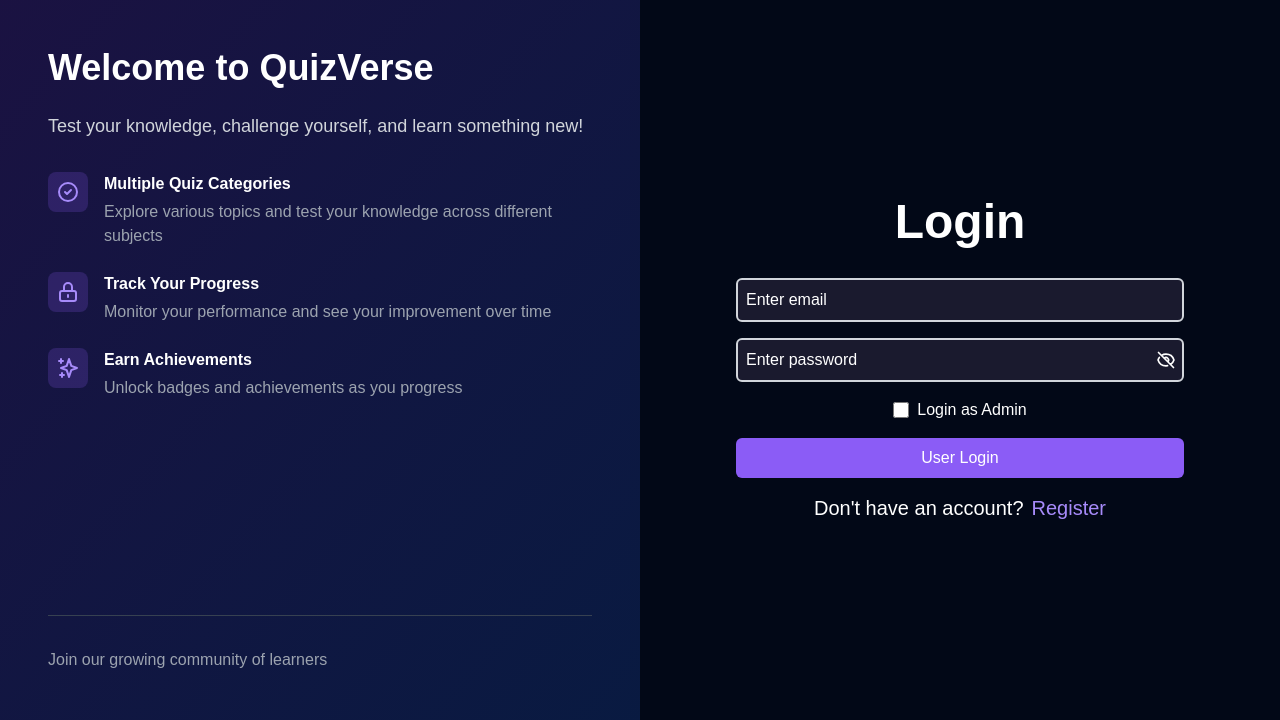
Repository: bdhanush-pxl/QuizVerse-InterviewPrep-MERN-stack-
Page: / (app in Quiz/)
The author's editor kept a copy of each file at every save. The page is drawn from the files as they stood at one save, then again after the next save.
The browser window is 1280 px wide. The pictures show the whole page.
The project was rebuilt for these pictures with package versions that can differ from the ones it lists, and the page was loaded fresh each time. Also part of the build but not shown: Quiz/vite.config.js, Quiz/src/components/BlurText.jsx, Quiz/src/pages/Register.jsx, Quiz/src/pages/Discussion/Discussion.jsx, Quiz/src/pages/QuizSection.jsx, Quiz/src/pages/AdminDashboard.jsx, Quiz/src/services/quizService.js, Quiz/src/pages/UserProfile.jsx and 12 more.

Above is the page before, as saved 2025-02-19 13:53:11.

After the next save:
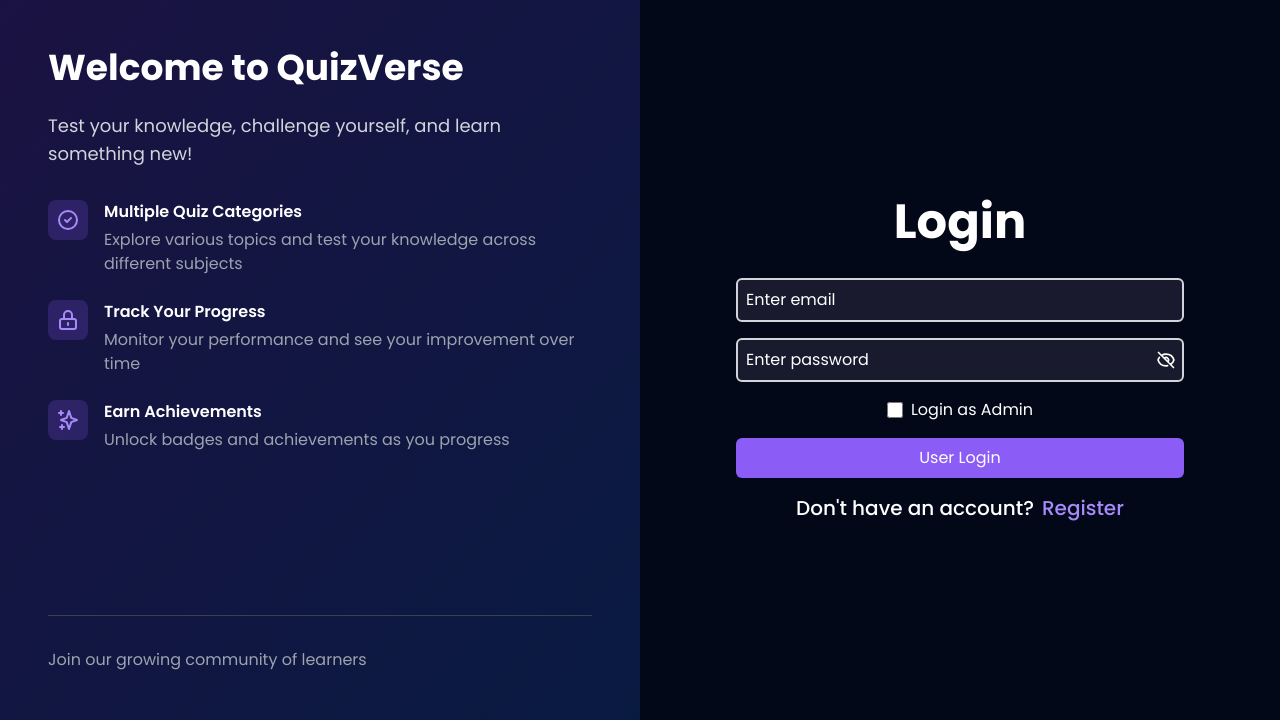
Saved 30 min 40 s later.
--- a/Quiz/index.html
+++ b/Quiz/index.html
@@ -4,6 +4,7 @@
     <meta charset="UTF-8" />
     <link rel="icon" type="image/svg+xml" href="/vite.svg" />
     <meta name="viewport" content="width=device-width, initial-scale=1.0" />
+    <link href="https://fonts.googleapis.com/css2?family=Poppins:wght@300;400;500;600;700&display=swap" rel="stylesheet">
     <title>QuizVerse</title>
   </head>
   <body>
